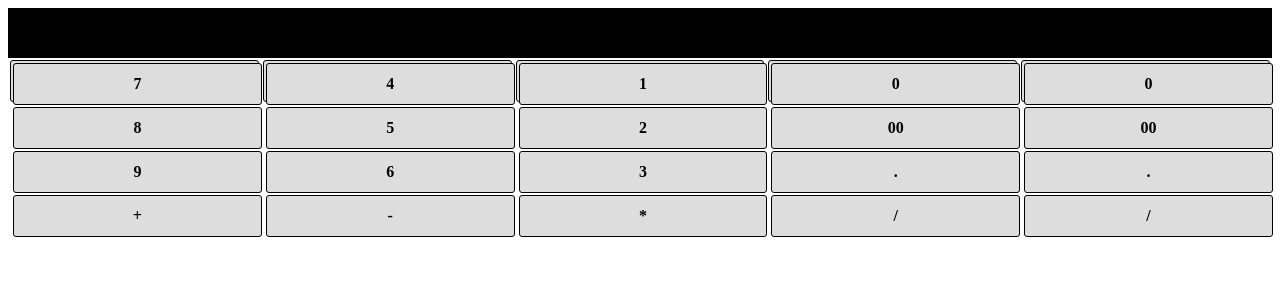
Repository: masa-rock/kadai_jquery_2
Page: index.html
The author's editor kept a record of every edit. The page is drawn from the files as they stood at one moment, then again after the next edit.
The browser window is 1280 px wide. The pictures show the whole page.
Some web libraries are served in a nearby version.

Above is the page before.

After the next edit:
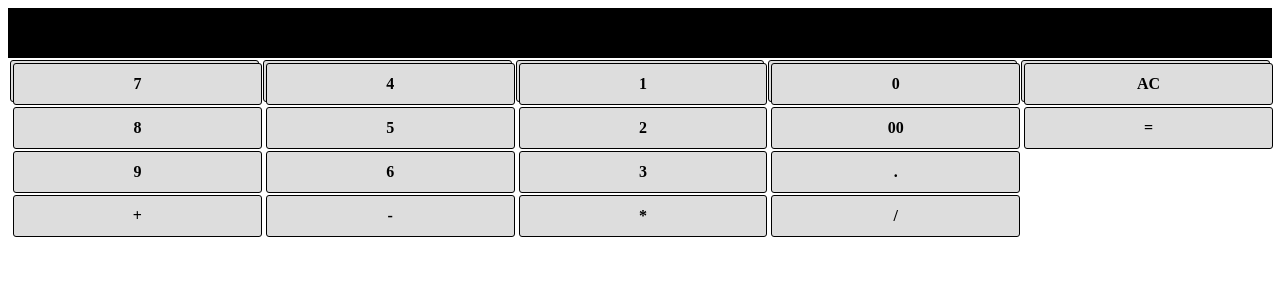
The edit:
--- a/index.html
+++ b/index.html
@@ -35,10 +35,8 @@
             <div class="com_division">/</div>
           </div>
           <div class="calculator_command_4">
-            <div class="com_0">0</div>
-            <div class="com_00">00</div>
-            <div class="com_decimal_point">.</div>
-            <div class="com_division">/</div>
+            <div class="com_ac">AC</div>
+            <div class="com_equal">=</div>
           </div>
 
 
